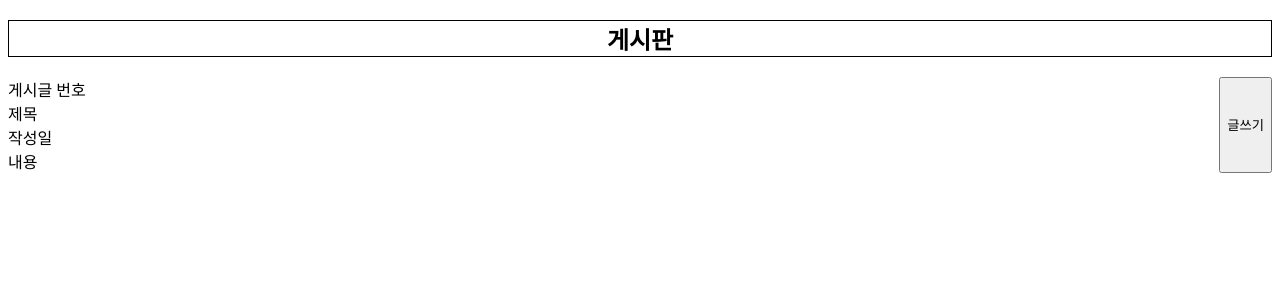
Repository: thdtjdgml415/exVoc
Page: /
These files come from the project's save history. The page is drawn as it stood at one moment and after a run of saves; the edit follows.
The browser window is 1280 px wide. The pictures show the whole page.
The project was rebuilt for these pictures with package versions that can differ from the ones it lists, and the page was loaded fresh each time.

Above is the page before, as saved 2023-01-12 11:02:43.

After the next 2 saves:
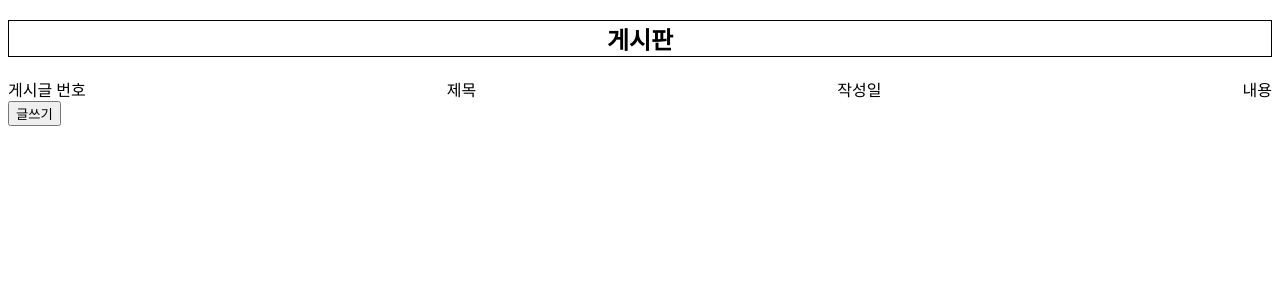
The 2 saves are shown as one change because they came seconds apart.
The last was saved 12 s later.
--- a/src/assets/notice.css
+++ b/src/assets/notice.css
@@ -2,7 +2,7 @@ h2 {
     border: 1px solid #000;
 }
 
-.post-view-wrapper {
+.post-wrap {
     display: flex;
     justify-content: space-between;
 }
